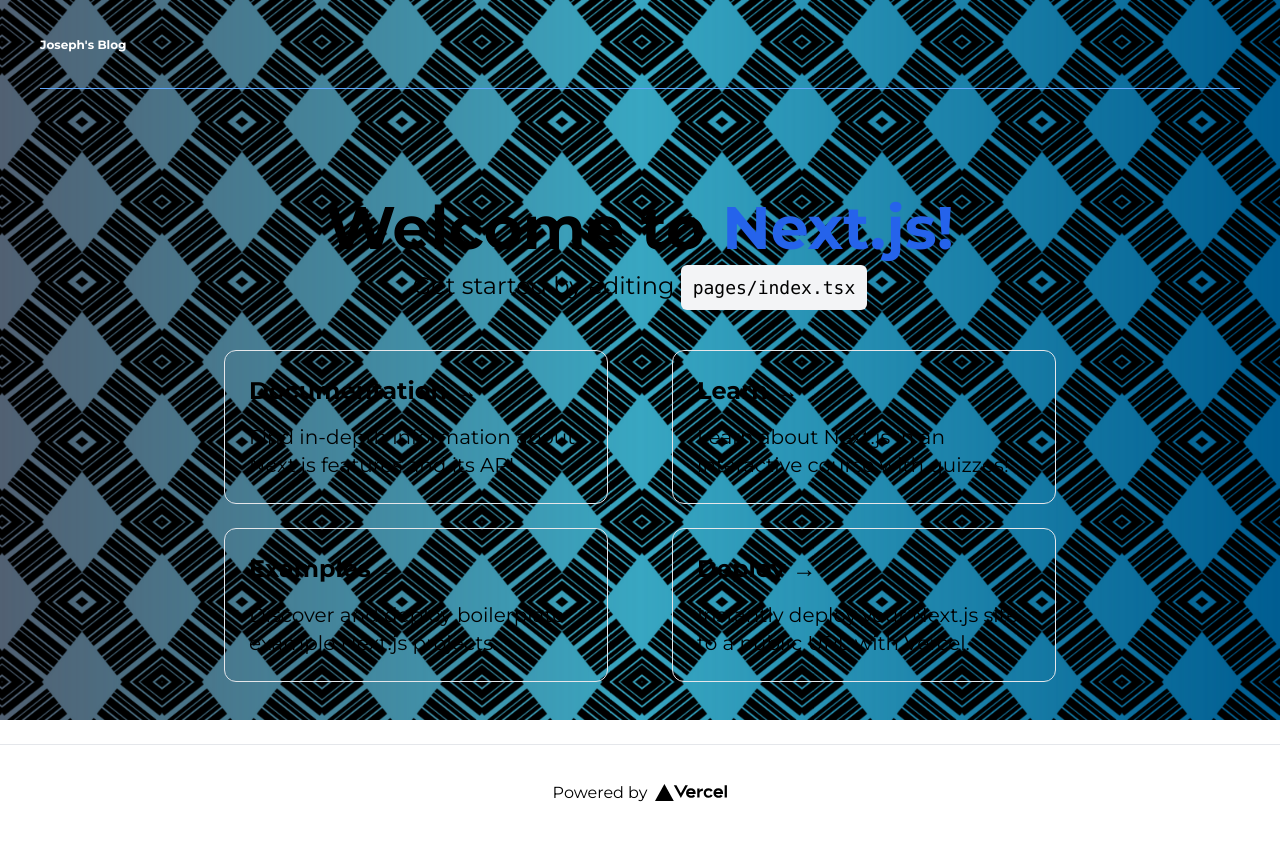
Repository: Josephdiaz99/NextBlogWithGraphCMS
Page: /
An editor plug-in stored every save of this project. The page is shown before and after the next save, followed by the edit.
The browser window is 1280 px wide. The pictures show the whole page.
The page's requests for data from a server got no answer. The project was rebuilt for these pictures with package versions that can differ from the ones it lists, and the page was loaded fresh each time. The framework's server and built-in components were replaced by stand-ins that run in the browser. No one was signed in, and anything a server would have sent is missing. Also part of the build but not shown: next.config.js, components/PostCard.jsx, components/Categories.jsx, components/PostWidget.jsx, components/Comments.jsx, components/CommentsForm.jsx, components/Author.jsx, components/PostDetail.jsx and 2 more.

Above is the page before, as saved 2022-07-04 10:24:42.

After the next save:
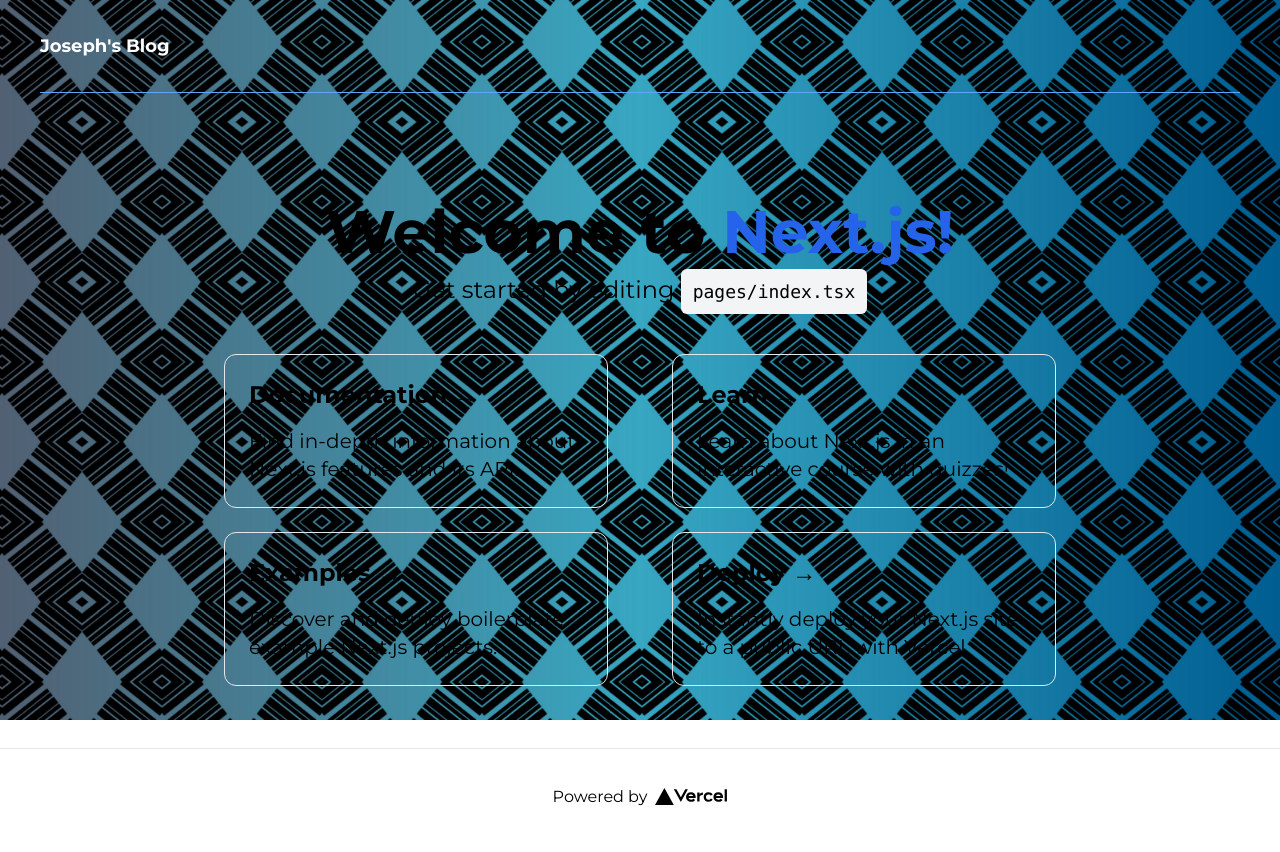
Saved 14 s later.
--- a/components/Header.jsx
+++ b/components/Header.jsx
@@ -18,7 +18,7 @@
         <div className='border-b w-full inline-block border-blue-400 py-8' >
             <div className='md:float-left block' >
                 <Link href='/' >
-                    <span className='cursor-pointer font-bold text-4x1 text-white text-xs ' >
+                    <span className='cursor-pointer font-bold text-4x1 text-white text-lg ' >
                         Joseph's Blog
                     </span>
                 </Link>

After the save that followed:
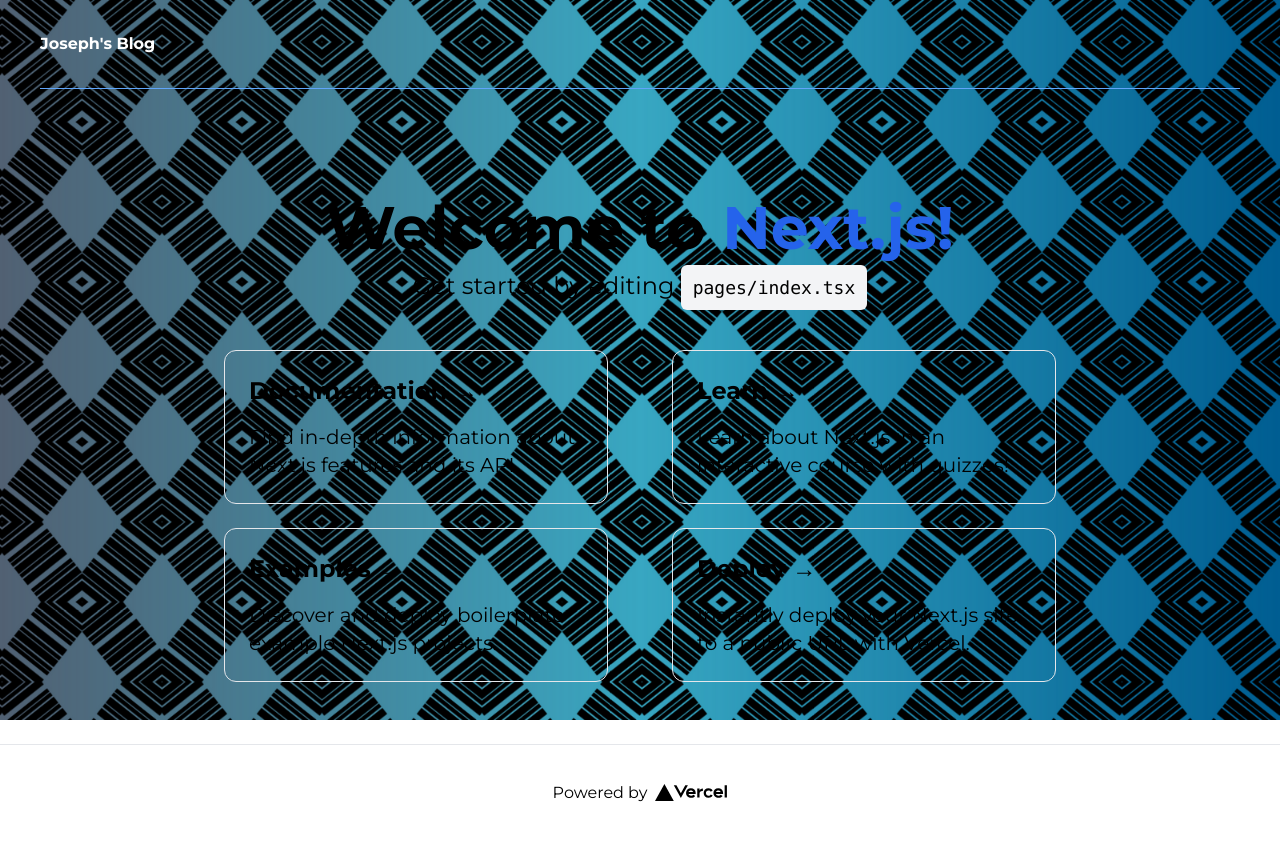
Saved 40 s later.
--- a/components/Header.jsx
+++ b/components/Header.jsx
@@ -18,7 +18,7 @@
         <div className='border-b w-full inline-block border-blue-400 py-8' >
             <div className='md:float-left block' >
                 <Link href='/' >
-                    <span className='cursor-pointer font-bold text-4x1 text-white text-lg ' >
+                    <span className='cursor-pointer font-bold text-white ' >
                         Joseph's Blog
                     </span>
                 </Link>
